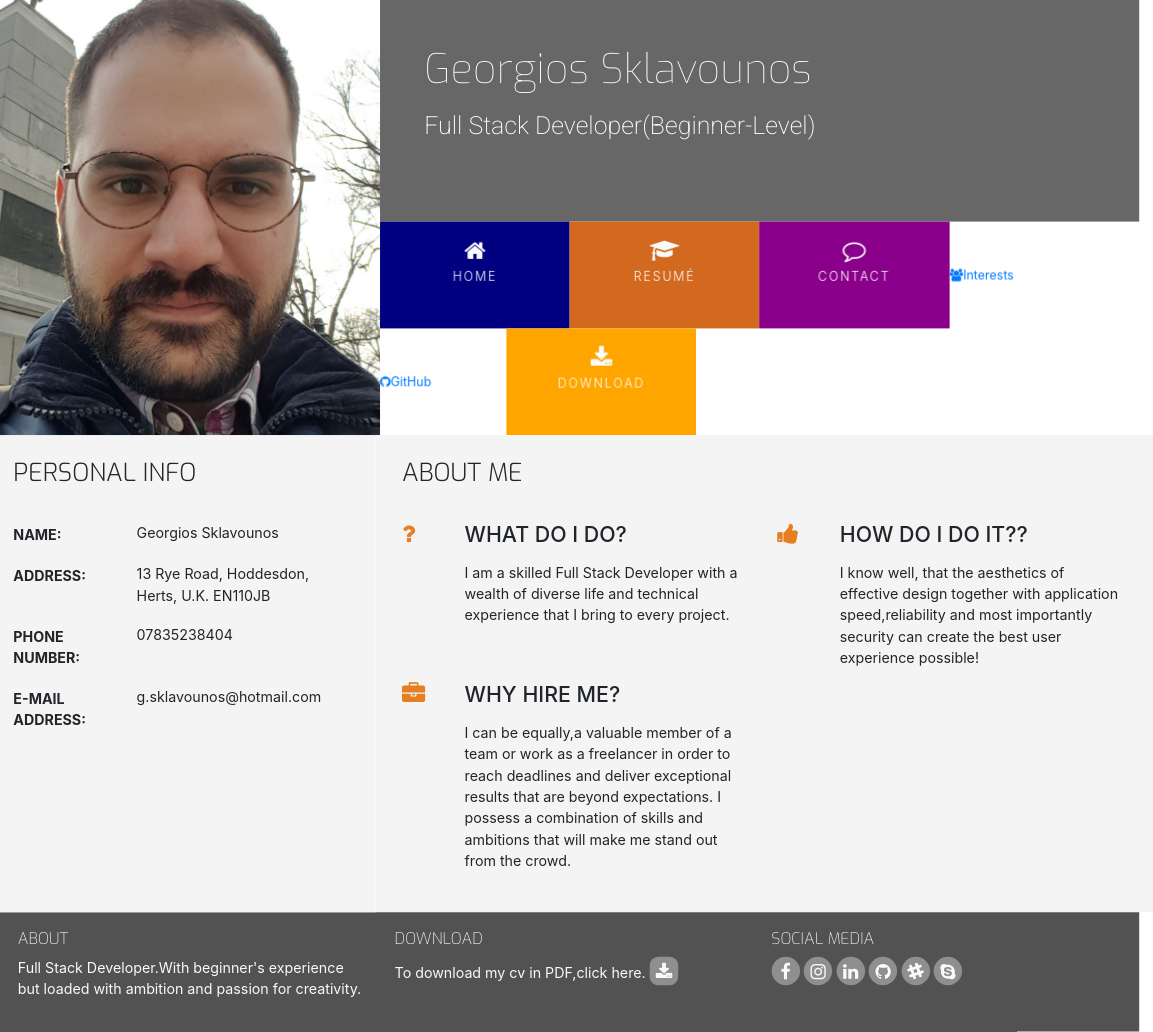
Repository: GeorgiosSklav/MyResume
Page: github.html
The author's editor kept a record of every edit. The page is drawn from the files as they stood at one moment, then again after the next edit.
The browser window is 1280 px wide. The page is 1295 px wide, so the pictures cover 1295 px, including what lies to the right of the window. The pictures show the whole page, at 89% of full size.

Above is the page before.

### github.html
<!DOCTYPE html>
<html lang="en">

<head>
    <meta charset="UTF-8">
    <meta name="viewport" content="width=device-width, initial-scale=1.0">
    <meta http-equiv="X-UA-Compatible" content="ie=edge">
    <link rel="stylesheet" href="https://stackpath.bootstrapcdn.com/bootstrap/4.3.1/css/bootstrap.min.css" type="text/css" />
    <link rel="stylesheet" href="https://stackpath.bootstrapcdn.com/font-awesome/4.7.0/css/font-awesome.min.css" type="text/css" />
    <link rel="stylesheet" href="assets/css/style.css" type="text/css" />
    <link rel="stylesheet" href="https://cdnjs.cloudflare.com/ajax/libs/hover.css/2.3.1/css/hover-min.css" type="text/css" />
    <title>Georgios Sklavounos resume</title>
</head>

<body>
    <header>
        <div class="row no-gutters">
            <a href="index.html" class="col-md-4 logo">

            </a>
            <div class="col-md-8">
                <div class="row no-gutters bg-color-name-title">
                    <div class="col heading">
                        <h1 class="name">Georgios Sklavounos</h1>
                        <h2 class="title">Full Stack Developer<span>(Beginner-Level)</span></h2>
                    </div>
                </div>
                <div class="row no-gutters">
                    <div class="col">
                        <ul id="nav" class="list-inline menucontainer">
                            <li class="col-6 col-sm-3 color-home list-inline-item menu-item">
                                <a href="index.html" class="hvr-sweep-to-right"><i class="fa fa-home" aria-hidden="true"></i><span>Home</span></a>
                            </li>
                            <li class="col-6 col-sm-3 color-resume list-inline-item menu-item">
                                <a href="resume.html" class="hvr-sweep-to-left"><i class="fa fa-graduation-cap" aria-hidden="true"></i><span>Resumé</span></a>
                            </li>
                            <li class="col-6 col-sm-3 color-contact list-inline-item menu-item">
                                <a href="contact.html" class="hvr-sweep-to-right"><i class="fa fa-comment-o" aria-hidden="true"></i><span>Contact</span></a>
                            </li>
                            <li class="col-6 col-sm-2 ui-menu-color-interests list-inline-item menuitem">
                                <a href="interests.html" class="hvr-sweep-to-left"><i class="fa fa-users" aria-hidden="true"></i><span>Interests</span></a>
                            </li>
                            <li class="col-6 col-sm-2 ui-menu-color-github list-inline-item menuitem">
                                <a href="github.html" class="hvr-sweep-to-right"><i class="fa fa-github" aria-hidden="true"></i><span>GitHub</span></a>
                            </li>
                            <li class="col-6 col-sm-3 color-download list-inline-item menu-item">
                                <a href="assets/cv/cv2019.pdf" target="_blank" class="hvr-sweep-to-left"><i class="fa fa-download" aria-hidden="true"></i><span>Download</span></a>
                            </li>
                        </ul>
                    </div>
                </div>
            </div>
        </div>
    </header>
    <div class="container-fluid">
        <div class="row">
            <div class="col-md-4 bg-color-personal-info section-column">
                <div class="row">
                    <div class="col-12">
                        <h3 class="section-heading uppercase">Personal Info</h3>
                    </div>
                </div>
                <div class="personal-info-item">
                    <div class="key">
                        <p class="uppercase">Name:</p>
                    </div>
                    <div class="value">
                        <p>Georgios Sklavounos</p>
                    </div>
                </div>
                <div class="personal-info-item">
                    <div class="key">
                        <p class="uppercase">Address:</p>
                    </div>
                    <div class="value">
                        <p>13 Rye Road, Hoddesdon, Herts, U.K. EN110JB</p>
                    </div>
                </div>
                <div class="personal-info-item">
                    <div class="key">
                        <p class="uppercase">Phone Number:</p>
                    </div>
                    <div class="value">
                        <p>07835238404</p>
                    </div>
                </div>
                <div class="personal-info-item">
                    <div class="key">
                        <p class="uppercase">E-mail address:</p>
                    </div>
                    <div class="value">
                        <p>g.sklavounos@hotmail.com</p>
                    </div>
                </div>
            </div>
            <div class="col-md-8 bg-color-three-reasons section-column">
                <div class="row">
                    <div class="col">
                        <h3 class="section-heading uppercase">About Me</h3>
                    </div>
                </div>
                <div class="row">
                    <div class="col-10 offset-1 offset-sm-0 col-sm-4 col-md-6">
                        <div class="row">
                            <div class="col-2">
                                <i class="three-reasons-icon fa fa-question" aria-hidden="true"></i>
                            </div>
                            <div class="col-10">
                                <h4 class="three-reason-heading uppercase">What do I do?</h4>
                                <p>I am a skilled Full Stack Developer with a wealth of diverse life and technical experience that I bring to every project.</p>
                            </div>
                        </div>
                    </div>
                    <div class="col-10 offset-1 offset-sm-0 col-sm-4 col-md-6">
                        <div class="row">
                            <div class="col-2">
                                <i class="three-reasons-icon fa fa-thumbs-up" aria-hidden="true"></i>
                            </div>
                            <div class="col-10">
                                <h4 class="three-reason-heading uppercase">How do I do it??</h4>
                                <p>I know well, that the aesthetics of effective design together with application speed,reliability and most importantly security can create the best user experience possible!</p>
                            </div>
                        </div>
                    </div>
                    <div class="col-10 offset-1 offset-sm-0 col-sm-4 col-md-6">
                        <div class="row">
                            <div class="col-2">
                                <i class="three-reasons-icon fa fa-briefcase" aria-hidden="true"></i>
                            </div>
                            <div class="col-10">
                                <h4 class="three-reason-heading uppercase">Why hire me?</h4>
                                <p>I can be equally,a valuable member of a team or work as a freelancer in order to reach deadlines and deliver exceptional results that are beyond expectations. I possess a combination of skills and ambitions that will make
                                    me stand out from the crowd.</p>
                            </div>
                        </div>
                    </div>
                </div>
            </div>
        </div>
    </div>
    <footer class="container-fluid">
        <div class="row" id="footer-details">
            <div class="col-sm-4">
                <h5 class="uppercase general-sub">About</h5>
                <p class="inline-block">
                    Full Stack Developer.With beginner's experience but loaded with ambition and passion for creativity.
                </p>
            </div>
            <div class="col-sm-4">
                <h5 class="uppercase general-sub">Download</h5>
                <p class="inline-block">
                    To download my cv in PDF,click here.
                    <a href="assets/cv/cv2019.pdf" target="_blank" class="cv-pdf">
                        <i class="fa fa-download" aria-hidden="true"></i>
                        <span class="sr-only">Download icon.</span>
                    </a>
                </p>
            </div>
            <div class="col-sm-4">
                <h5 class="uppercase general-sub">Social Media</h5>
                <ul class="list-inline social-links">
                    <li class="list-inline-item">
                        <a target="_blank" href="http://facebook.com/George.Sklavounos">
                            <i class="fa fa-facebook"></i>
                            <span class="sr-only">Facebook</span>
                        </a>
                    </li>
                    <li class="list-inline-item">
                        <a target="_blank" href="https://www.instagram.com/accounts/login/?next=%2Fgeorge.sklav%2F&source=follow">
                            <i class="fa fa-instagram"></i>
                            <span class="sr-only">Instagram</span>
                        </a>
                    </li>
                    <li class="list-inline-item">
                        <a target="_blank" href="https://www.linkedin.com/in/george-sklavounos/">
                            <i class="fa fa-linkedin"></i>
                            <span class="sr-only">Linked-In</span>
                        </a>
                    </li>
                    <li class="list-inline-item">
                        <a target="_blank" href="https://github.com/GeorgiosSklav">
                            <i class="fa fa-github"></i>
                            <span class="sr-only">GitHub</span>
                        </a>
                    </li>
                    <li class="list-inline-item">
                        <a target="_blank" href="https://app.slack.com/client/T0L30B202/DM2THR46Q/user_profile/ULRV111M0">
                            <i class="fa fa-slack"></i>
                            <span class="sr-only">Slack</span>
                        </a>
                    </li>
                    <li class="list-inline-item">
                        <a target="_blank" href="https://join.skype.com/invite/bTDV2cszpnzZ">
                            <i class="fa fa-skype"></i>
                            <span class="sr-only">Skype</span>
                        </a>
                    </li>
                </ul>
            </div>
        </div>
    </footer>
    <script>
        var APIkey = "AIzaSyA-ejaDjnJzEnBd-7lc8mtdZNx-r6aLuyM";
    </script>
</body>

</html>

### assets/css/style.css
@import url('https://fonts.googleapis.com/css?family=Roboto:100,200,300,400,500,600,700|Exo:100,200,300,400,500,600,700');



/*-------------------------colours*/

.bg-color-name-title {
    background-color: #676767;
}

.color-home {
    background-color: #000080;
}
.color-interests {
    background-color: #000080;
}
.color-github {
    background-color: #d2691e;
}

.color-resume {
    background-color: #d2691e;
}

.color-contact {
    background-color: #8b008b;
}

.color-download {
    background-color: #ffa500;
}

.bg-color-three-reasons {
    background-color: #f4f4f4;
}

.bg-color-personal-info {
    background-color: #f4f4f4;
}

.bg-color-work-history {
    background-color: #9b59b6;
}

.bg-color-contact {
    background-color: #fff;
}


/*---------------------------------Paddings,texts,etc*/

h1,
h2,
h3,
h4 {
    margin: 0;
}
h5 {
    text-transform: capitalize;
    font-size: large;
    font-weight: 200;
}

.uppercase {
    text-transform: uppercase;
}

.general-sub {
    font-family: "Exo", sans-serif;
    color: #fafafa;
}

.inline-block {
    display: inline-block;
}

.row-table {
    display: table;
}

.section-column {
    display: table-cell;
    padding: 0 30px 30px;
    float: none;
}

.history-heading,
.section-heading {
    font-family: "Exo", sans-serif;
    font-weight: 300;
    margin-top: 25px;
    margin-bottom: 40px;
}

/*----------------------Container-fluid*/

.container-fluid {
    width: 100%;
    padding: 0;
    padding-bottom: 0;
    margin-right: auto;
    margin-left: auto;
}

/*----------------------heading*/

header {
    margin: 0;
}

.heading {
    margin-left: 50px;
}

.logo {
    background: url("../images/pic2.jpg");
    background-position: center;
    background-repeat: no-repeat;
    background-size: cover;
    min-height: 360px;
    transition: all 0.5s ease-in-out;
    -moz-transition: all 0.5s ease-in-out;
    -webkit-transition: all 0.5s ease-in-out;

}

.name {
    font-family: "Exo", sans-serif;
    font-weight: 100;
    font-size: 46px;
    margin-top: 50px;
    color: #fff;
}

.title {
    font-family: "Roboto", sans-serif;
    font-weight: 200;
    font-size: 28px;
    margin-top: 20px;
    margin-bottom: 90px;
    color: #fff;
}

.list-inline-item:not(:last-child) {
    margin: 0;
}

.menucontainer {
    font-size: 0;
}

#nav {
    margin: 0;
}

#nav li {
    font-size: 14px;
    padding: 0;
}

.menu-item {
    height: 120px;
    text-align: center;
    padding: 0;
}

.menu-item a {
    width: 100%;
    text-decoration: none;
    color: #fff;
    height: 120px;
}

.menu-item a i {
    padding-top: 20px;
    display: block;
    color: #fafafa;
    font-size: 26px;
}

.menu-item span {
    display: block;
    width: 100%;
    padding-top: 5px;
    text-align: center;
    text-transform: uppercase;
    font-size: 14px;
    font-weight: 300;
    letter-spacing: 2px;
}

/*--------------------------hover style*/

.hvr-sweep-to-right:before {
    background: rgb(0, 0, 0);
    height: 120px;
}

.hvr-sweep-to-left:before {
    background: rgba(0, 0, 0, 0.2);
    height: 120px;
}

/*---------------------------------footer*/

footer {
    background-color: #525252;
    color: #fafafa;
    min-height: 120px;
    margin: 0;
}

.social-links i {
    width: 32px;
    height: 32px;
    padding: 12px 0;
    border-radius: 50%;
    font-size: 20px;
    line-height: 10px;
    text-align: center;
    color: #fafafa;
    background: #8f8f8f;
    transition: all 0.35s ease-in-out;
    -moz-transition: all 0.35s ease-in-out;
    -o-transition: all 0.35s ease-in-out;
    -webkit-transition: all 0.35s ease-in-out;

}

.cv-pdf i {
    /*font-size: 19px;
    text-align: center;
    color: #fafafa;
    padding-left: 5px;
    transition: all 0.35s ease-in-out;
    -moz-transition: all 0.35s ease-in-out;
    -o-transition: all 0.35s ease-in-out;
    -webkit-transition: all 0.35s ease-in-out;*/
    width: 32px;
    height: 32px;
    padding: 12px 0;
    border-radius: 30%;
    font-size: 20px;
    line-height: 10px;
    text-align: center;
    color: #fafafa;
    background: #8f8f8f;
    transition: all 0.35s ease-in-out;
    -moz-transition: all 0.35s ease-in-out;
    -o-transition: all 0.35s ease-in-out;
    -webkit-transition: all 0.35s ease-in-out;


}

.cv-pdf i:hover {
    color: #e84610;
}

.social-links i:hover {
    color: #8f8f8f;
    background: #e84610;
}

#footer-details {
    padding: 20px;
}

/*----------------------three-reasons*/

.three-reasons-icon {
    font-size: 26px;
    color: #e67e22;
}

.three-reason-heading {
    margin-bottom: 15px;
}

/*----------------------personal-info*/

.personal-info-item {
    margin-bottom: 20px;
    display: block;
    clear: both;
}

.personal-info-item .key,
.personal-info-item .value {
    padding-right: 8px;
    display: inline-block;
}

.personal-info-item .key p,
.personal-info-item .value p {
    margin: 0;
}

.personal-info-item .key {
    width: 30%;
    margin-right: 21px;
    padding-top: 2px;
    vertical-align: top;
}

.personal-info-item .key p {
    font-weight: 700;
}

.personal-info-item .value {
    width: 60%;
    position: relative;
}

/*----------------------skills*/

.progress {
    position: relative;
    height: 25px;
    margin-bottom: 4px;
}

.progress-type {
    position: absolute;
    left: 0;
    font-weight: 400;
    padding: 3px 30px 3px 10px;
    color: #fafafa;
    background-color: rgba(25, 25, 25, 0.2);
}

.progress-section {
    margin: 35px 5px 30px 7px;
}

/*----------------------history-heading*/

.history-heading {
    color: #fafafa;
    margin-bottom: 50px;
}

.timeline-item {
    padding: 4em 3em 0em 2em;
    position: relative;
    color: #fafafa;
    border-left: solid 1px;
}

.timeline-item p {
    padding: 0;
    margin: 0;
}

.timeline-item:before {
    content: attr(data-dates);
    position: absolute;
    left: 2.5em;
    top: 3em;
    display: block;
    font-family: "Exo", sans-serif;
    font-weight: 500;
    font-size: 0.8em;
    padding: 0;
    margin: 0;
}

.timeline-item:after {
    width: 12px;
    height: 12px;
    display: block;
    top: 2.4em;
    position: absolute;
    left: -6px;
    border-radius: 50%;
    content: '';
    background-color: #fafafa;
}

.history-items {
    margin-bottom: 30px;
}

/*---------------------------------Contact-form*/

.contact-heading {
    font-family: "Exo", sans-serif;
    font-weight: 300;
    margin-top: 25px;
    margin-bottom: 20px;
}

.center-form {
    padding-top: 10px;
    margin: 0 auto;
    max-width: 70%;
}

button[type="submit"] {
    margin-bottom: 20px;
    margin-top: 13px;
    color: #fff;
    background-color: #1e90ff;
}

/*---------------------------------Media queries for PC*/

@media(min-width: 992px) {
    .center-form {
        padding-top: 30px;
        min-height: 240px;
        margin: 0 auto;
        max-width: 50%;
    }
}

After the next edit:
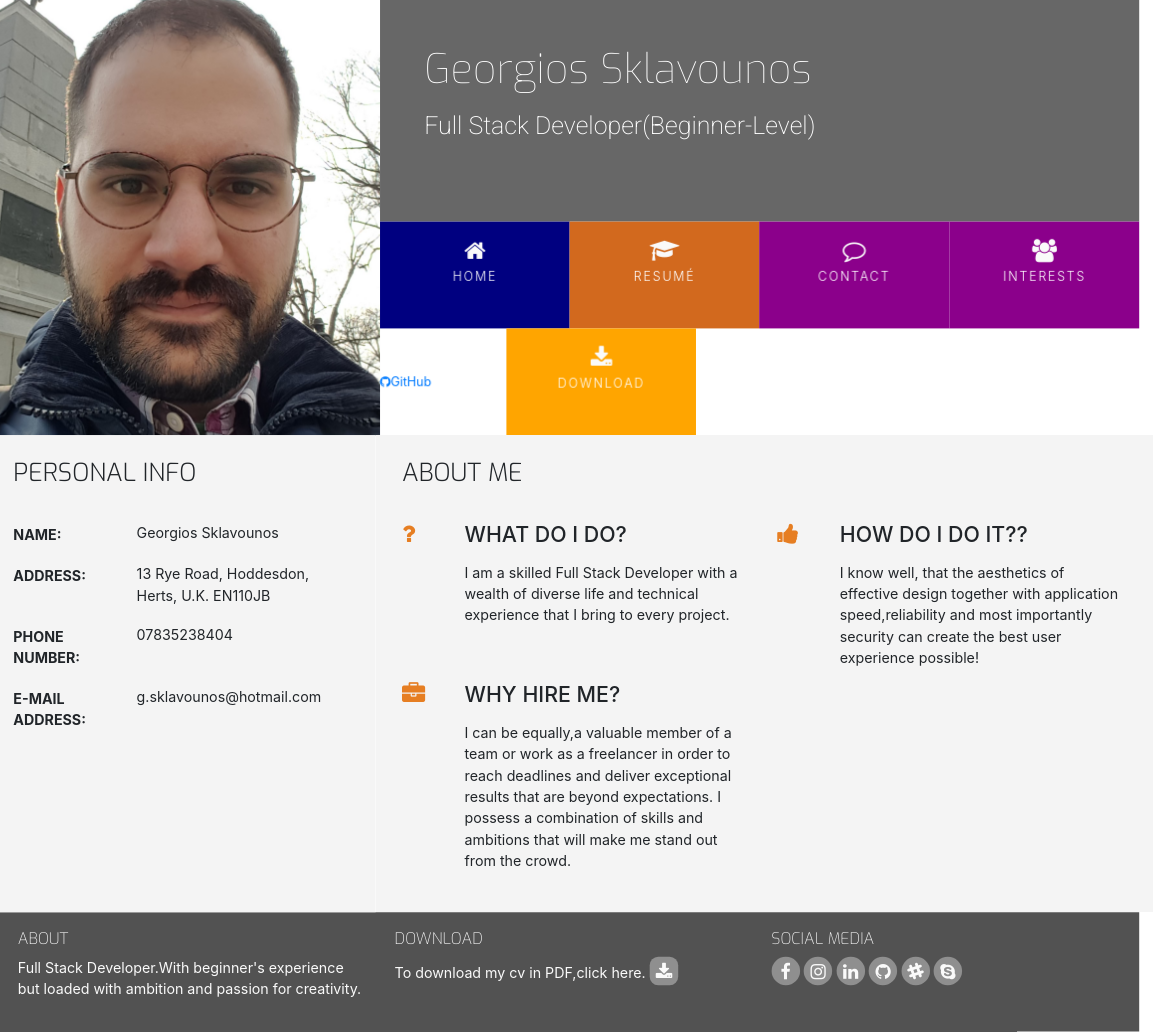
The edit:
--- a/github.html
+++ b/github.html
@@ -37,7 +37,7 @@
                             <li class="col-6 col-sm-3 color-contact list-inline-item menu-item">
                                 <a href="contact.html" class="hvr-sweep-to-right"><i class="fa fa-comment-o" aria-hidden="true"></i><span>Contact</span></a>
                             </li>
-                            <li class="col-6 col-sm-2 ui-menu-color-interests list-inline-item menuitem">
+                            <li class="col-6 col-sm-3 color-contact list-inline-item menu-item">
                                 <a href="interests.html" class="hvr-sweep-to-left"><i class="fa fa-users" aria-hidden="true"></i><span>Interests</span></a>
                             </li>
                             <li class="col-6 col-sm-2 ui-menu-color-github list-inline-item menuitem">
